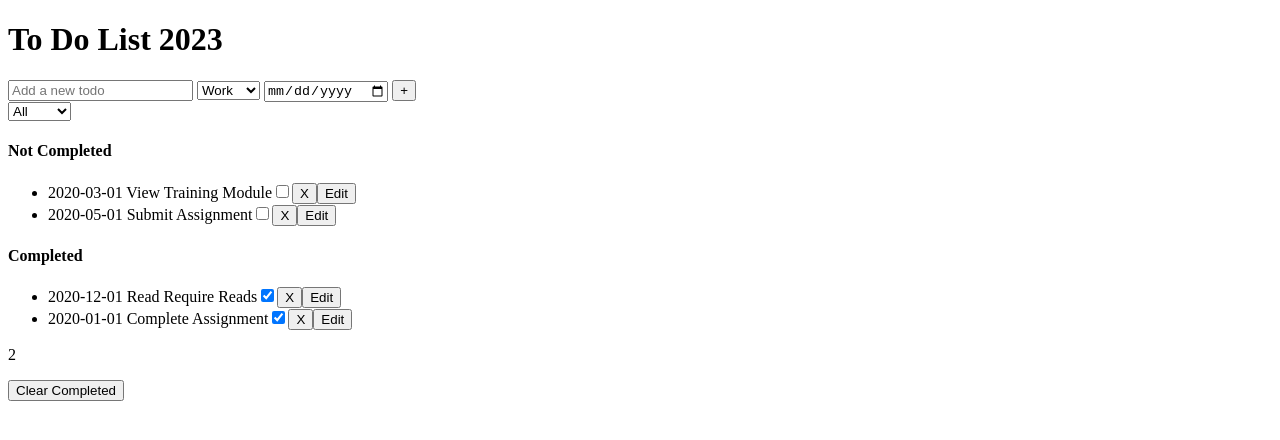
Repository: Kayla-amr/dgm3760
Page: index.html
These files come from the project's save history. The page is drawn as it stood at one moment and after the next save; the edit follows.
The browser window is 1280 px wide. The pictures show the whole page.

Above is the page before, as saved 2023-11-06 06:22:10.

### index.html
<!DOCTYPE html>
<html lang="en">
<head>
    <meta charset="UTF-8">
    <meta name="viewport" content="width=device-width, initial-scale=1.0">
    <title>ToDo App 2023</title>
</head>
<body>
    <div class="app">
        <h1></h1>

        <div class="input">
            <input class="userInput" type="text" placeholder="Add a new todo">
            <select class="categorySelected">
                <option value="Work">Work</option>
                <option value="Home">Home</option>
                <option value="School">School</option>
            </select>
            <input class="dateInput" type="date" placeholder="Date">

            <button class="addInput">+</button>
        </div>

        <div>
            <select name="categorySelected" class="categorySelected" onchange="categoryView(this.value)">
                <option value="All">All</option>
                <option value="Home">Home</option>
                <option value="Work">Work</option>
                <option value="School">School</option>
            </select>

        </div>
        <div class="todos">
            <h4>Not Completed</h4>
            <ul class="list"></ul>
            <h4>Completed</h4>
            <ul class="completed"></ul>
        </div>

        <div>
            <p class="count"></p>
        </div>

        <div class="btns">
            <button class="clear">Clear Completed</button>
        </div>



    </div>

</body>
<script src="main.js"></script>
</html>

### main.js
let todo = [
    {
    id: 0,
    name: 'View Training Module',
    category: 'Home',
    date: '2020-03-01',
    status: false

},
{
    id: 1,
    name: 'Read Require Reads',
    category: 'Work',
    date: '2020-12-01',
    status: true
},
{
    id: 2,
    name: 'Complete Assignment',
    category: 'Work',
    date: '2020-01-01',
    status: true
},
{
    id: 3,
    name: 'Submit Assignment',
    category: 'School',
    date: '2020-05-01',
    status: false
},
];

document.querySelector('.app > h1').innerText = 'To Do List 2023';

let list = document.querySelector('.list');
let completed = document.querySelector('.completed');


/*CREATING ELEMENTS*/


//CREATE LIST ITEM FUNCTION
function createListItem(todoItem) {
    let li = document.createElement('li'); //CREATE LIST ITEM
    li.setAttribute('id', todoItem.id);    //SET LIST ITEM ID
    li.innerText = todoItem.date + ' ' + todoItem.name; //SET LIST ITEM TEXT
    return li;
}

//CREATE DELETE BUTTON FUNCTION
function createDeleteButton(li) {
    let deleteBtn = document.createElement('button');//CREATE DELETE BUTTON
    deleteBtn.setAttribute('id', 'delete');          //SET DELETE BUTTON ID
    deleteBtn.innerText = 'X';                       //SET DELETE BUTTON TEXT
    deleteBtn.addEventListener('click', () =>{  //ADD EVENT LISTENER TO DELETE BUTTON
        deleteTask(li);
    });
    return deleteBtn;
}

//CREATE STATUS INPUT FUNCTION
function createStatusInput(todoItem) {
    let status = document.createElement('input');  //CREATE STATUS INPUT
    status.setAttribute('type', 'checkbox');       //SET STATUS INPUT TYPE
    status.setAttribute('id', 'status');           //SET STATUS INPUT ID
    status.setAttribute('value', todoItem.status); //SET STATUS INPUT VALUE
    status.checked = todoItem.status;              //SET STATUS INPUT CHECKED
    status.addEventListener('click', () =>{
        toggleStatus(status, todoItem);            //CALLS TOGGLE STATUS FUNCTION
    });
    return status;
}

// CREATE EDIT BUTTON FUNCTION
function createEditButton(li, todoItem) {
    let editBtn = document.createElement('button'); //CREATE EDIT BUTTON
    editBtn.setAttribute('id', 'edit');             //SET EDIT BUTTON ID
    editBtn.innerText = 'Edit';                     //SET EDIT BUTTON TEXT
    editBtn.addEventListener('click', () =>{
        enableEditing(li, todoItem);                //CALLS ENABLE EDITING FUNCTION
    });
    return editBtn;
}

//CREATE SAVE BUTTON FUNCTION
function createSaveButton(li, todoItem) {
    let saveBtn = document.createElement('button'); //CREATE SAVE BUTTON
    saveBtn.setAttribute('id', 'save');             //SET SAVE BUTTON ID
    saveBtn.innerText = 'Save';                     //SET SAVE BUTTON TEXT
    saveBtn.addEventListener('click', () =>{
        saveTask(li, todoItem);                     //CALLS SAVE TASK FUNCTION
    });
    return saveBtn;
}

//ADD TODO ITEM FUNCTION
function addTask(){
    let dateInput = document.querySelector('.dateInput').value; //GETS DATE INPUT
    let userInput = document.querySelector('.userInput').value; //GETS USER INPUT
    let categorySelected = document.querySelector('.categorySelected').value; //GETS CATEGORY SELECTED

    const newItem = {                                          //CREATES NEW TODO ITEM OBJECT
          id: todo.length,
          name: userInput,
          category: categorySelected,
          date: dateInput,
          status: false
     }

     if (userInput === ''){                                     //CHECKS IF USER INPUT IS EMPTY
         alert('Please enter a task');                          //ALERTS USER TO ENTER A TASK
         return false;
     }
     else if (todo.some(todoItem => todoItem.name === userInput)){ //CHECKS IF USER INPUT IS A DUPLICATE
         alert('This task already exists');                        //ALERTS USER TO ENTER A UNIQUE TASK
         return false;
     }
     else{
         todo.push(newItem);                                     //PUSHES NEW TODO ITEM TO TODO LIST
     }

     document.querySelector('.userInput').value = '';           //CLEARS USER INPUT
 }

 addInput = document.querySelector('.addInput');                //GETS ADD BUTTON
 addInput.addEventListener('click', (event) => {
     addTask();                                                 //CALLS ADD TODO ITEM FUNCTION
     taskView(todo);                                            //CALLS VIEW FUNCTION
     countTasks(todo); //CALLS COUNT FUNCTION
 })

// DELETE TASK FUNCTION
function deleteTask(li) {
    todo = todo.filter(todoItem => todoItem.id != li.id);  //FILTERS OUT DELETED TASK
    taskView(todo);                                        //RELOADS VIEW
    countTasks(todo); //CALLS COUNT FUNCTION
}

//CLEAR COMPLETED ITEMS FUNCTION
let clear = document.querySelector('.clear');                  //GETS CLEAR BUTTON
function clearList(){
    completed.innerText='';                                    //CLEARS COMPLETED LIST
    todo = todo.filter(todoItem => {                     //FILTERS OUT COMPLETED ITEMS
        return todoItem.status == false;
    })

    todo.forEach(todoItem => {                           //LOOPS THROUGH TODO LIST
        todoItem.id = todo.indexOf(todoItem);                  //SETS TODO ITEM ID
    })
}

clear.addEventListener('click', () => {
    clearList();                                               //CALLS CLEAR FUNCTION
    taskView(todo);                                            //CALLS VIEW FUNCTION
    countTasks(todo); //CALLS COUNT FUNCTION
})

// TOGGLE STATUS FUNCTION
function toggleStatus(status, todoItem) {
    if(status.checked){
        todoItem.status = true;  //CHANGE STATUS TO TRUE
    } else {
        todoItem.status = false; //CHANGE STATUS TO FALSE
    }
    taskView(todo);              // RELOADS VIEW
    countTasks(todo); //CALLS COUNT FUNCTION
}

//EDIT TASK FUNCTION
function enableEditing(li, todoItem) {
    let editInput = document.createElement('input'); //CREATE EDIT INPUT
    let editDate = document.createElement('input');  //CREATE EDIT DATE INPUT
    let editCategory = document.createElement('select'); //CREATE EDIT CATEGORY SELECT
    let saveBtn = createSaveButton(li, todoItem);     //CREATE SAVE BUTTON

    editInput.setAttribute('type', 'text');          //SET EDIT INPUT TYPE
    editInput.setAttribute('id', 'editInput');       //SET EDIT INPUT ID
    editInput.setAttribute('value', todoItem.name);  //SET EDIT INPUT VALUE
    li.innerText = '';                               //CLEAR LIST ITEM TEXT
    li.appendChild(editInput);                       //APPEND EDIT INPUT TO LIST ITEM

    editDate.setAttribute('type', 'date');           //SET EDIT DATE INPUT TYPE
    editDate.setAttribute('id', 'editDate');         //SET EDIT DATE INPUT ID
    editDate.setAttribute('value', todoItem.date);   //SET EDIT DATE INPUT VALUE
    li.appendChild(editDate);                        //APPEND EDIT DATE INPUT TO LIST ITEM

    const categories = ['Home', 'Work', 'School'];
    categories.forEach(category => {
        let option = document.createElement('option');
        option.value = category;
        option.innerText = category;
        editCategory.appendChild(option);
    });


    editCategory.value = todoItem.category;              //SET EDIT CATEGORY SELECT VALUE

    editCategory.setAttribute('id', 'categorySelected'); //SET EDIT CATEGORY SELECT ID
    editCategory.setAttribute('value', todoItem.category); //SET EDIT CATEGORY SELECT VALUE
    li.appendChild(editCategory);                         //APPEND EDIT CATEGORY SELECT TO LIST ITEM



    saveBtn.addEventListener('click', () => {
        saveTask(li, todoItem);                         //CALLS SAVE TASK FUNCTION
    });

    li.appendChild(saveBtn);                            //APPEND SAVE BUTTON TO LIST ITEM
}

// SAVE TASK FUNCTION
function saveTask(li, todoItem) {
    let editInput = document.querySelector('#editInput'); //GETS EDIT INPUT
    let editDate = document.querySelector('#editDate');   //GETS EDIT DATE INPUT
    let editCategory = document.querySelector('#categorySelected'); //GETS EDIT CATEGORY SELECT

    todoItem.date = editDate.value;                        //SETS TODO ITEM DATE TO EDIT DATE INPUT VALUE
    todoItem.name = editInput.value;                       //SETS TODO ITEM NAME TO EDIT INPUT VALUE
    todoItem.category = editCategory.value;                //SETS TODO ITEM CATEGORY TO EDIT CATEGORY SELECT VALUE

    li.innerText = todoItem.date + ' ' + todoItem.name;    //SETS LIST ITEM TEXT TO TODO ITEM DATE AND NAME

    taskView(todo);                                        //RELOADS VIEW
    countTasks(todo); //CALLS COUNT FUNCTION
}


// CATEGORY VIEW FUNCTION
function categoryView(categorySelected) {
    let filteredList; //LIST OF TASKS TO DISPLAY

    if (categorySelected === 'All') {                      //SHOW ALL TASKS

        filteredList = todo;                              //DISPLAYS ALL TASKS
    } else {

        filteredList = todo.filter(todoItem => {   //SHOW TASKS FOR SELECTED CATEGORY
            return todoItem.category === categorySelected; //FILTERS OUT TASKS THAT DON'T MATCH SELECTED CATEGORY
        });
    }

    taskView(filteredList);
}

//COUNT FUNCTION
function countTasks(todoItem) {
    let count = 0;
    let countDisplay = document.querySelector('.count');
    todoItem.forEach(todoItem => {
        if(todoItem.status === false) {
            count++;
        }
    });
    countDisplay.innerText = count;
}
countTasks(todo); //CALLS COUNT FUNCTION

//TASK VIEW FUNCTION
function taskView(todo){
    list.innerText = '';
    completed.innerText='';

    todo.forEach(todoItem =>{
        let li = createListItem(todoItem);             //CREATES LIST ITEM
        let status = createStatusInput(todoItem);      //CREATES STATUS INPUT
        let deleteBtn = createDeleteButton(li);        //CREATES DELETE BUTTON
        let editBtn = createEditButton(li, todoItem);  //CREATES EDIT BUTTON

        li.appendChild(status);
        li.appendChild(deleteBtn);
        li.appendChild(editBtn);

        if(todoItem.status) {
            completed.appendChild(li); //APPENDS COMPLETED TASKS TO COMPLETED LIST
        } else {
            list.appendChild(li);     //APPENDS INCOMPLETE TASKS TO TODO LIST
        }
    });
}


taskView(todo); //CALLS VIEW FUNCTION

After the next save:
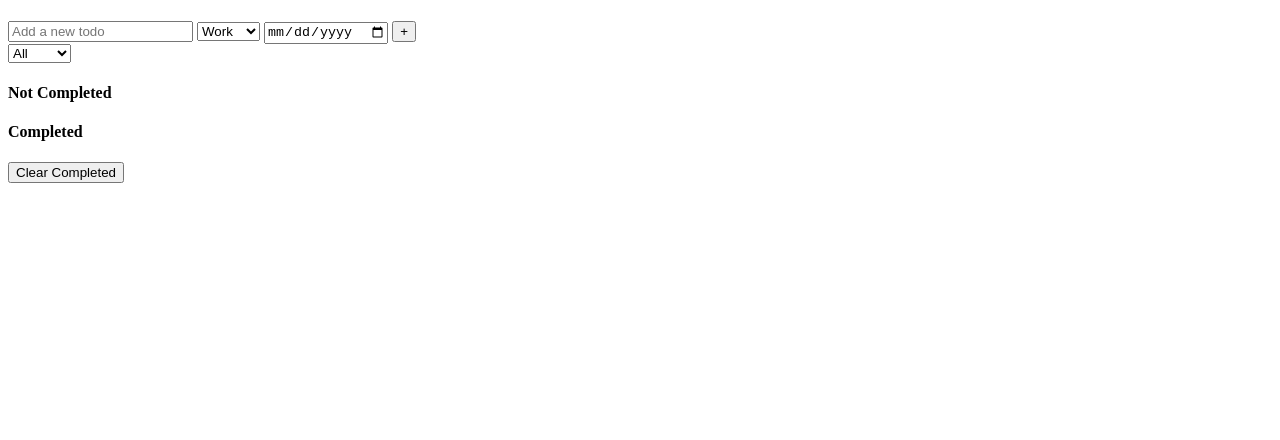
Console error: SyntaxError: Invalid or unexpected token
Saved 3 min 25 s later.
--- a/main.js
+++ b/main.js
@@ -251,7 +251,7 @@
             count++;
         }
     });
-    countDisplay.innerText = count;
+    countDisplay.innerText = "count;
 }
 countTasks(todo); //CALLS COUNT FUNCTION
 

After the 5 saves that followed:
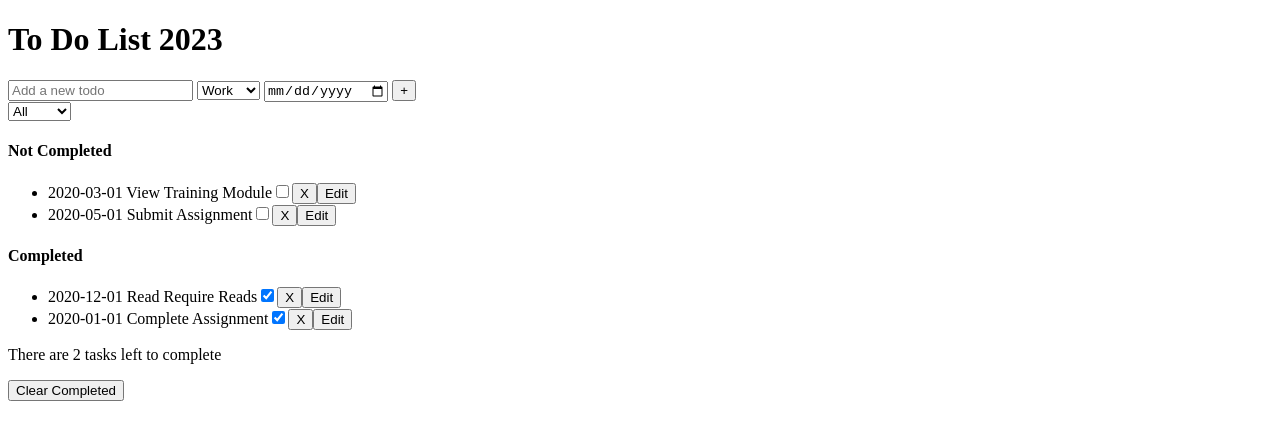
The error is gone.
The 5 saves are shown as one change because 1 left the picture as it was and some came seconds apart.
The last was saved 17 s later.
--- a/main.js
+++ b/main.js
@@ -251,7 +251,7 @@
             count++;
         }
     });
-    countDisplay.innerText = "count;
+    countDisplay.innerText = "There are " + count + " tasks left to complete";
 }
 countTasks(todo); //CALLS COUNT FUNCTION
 
